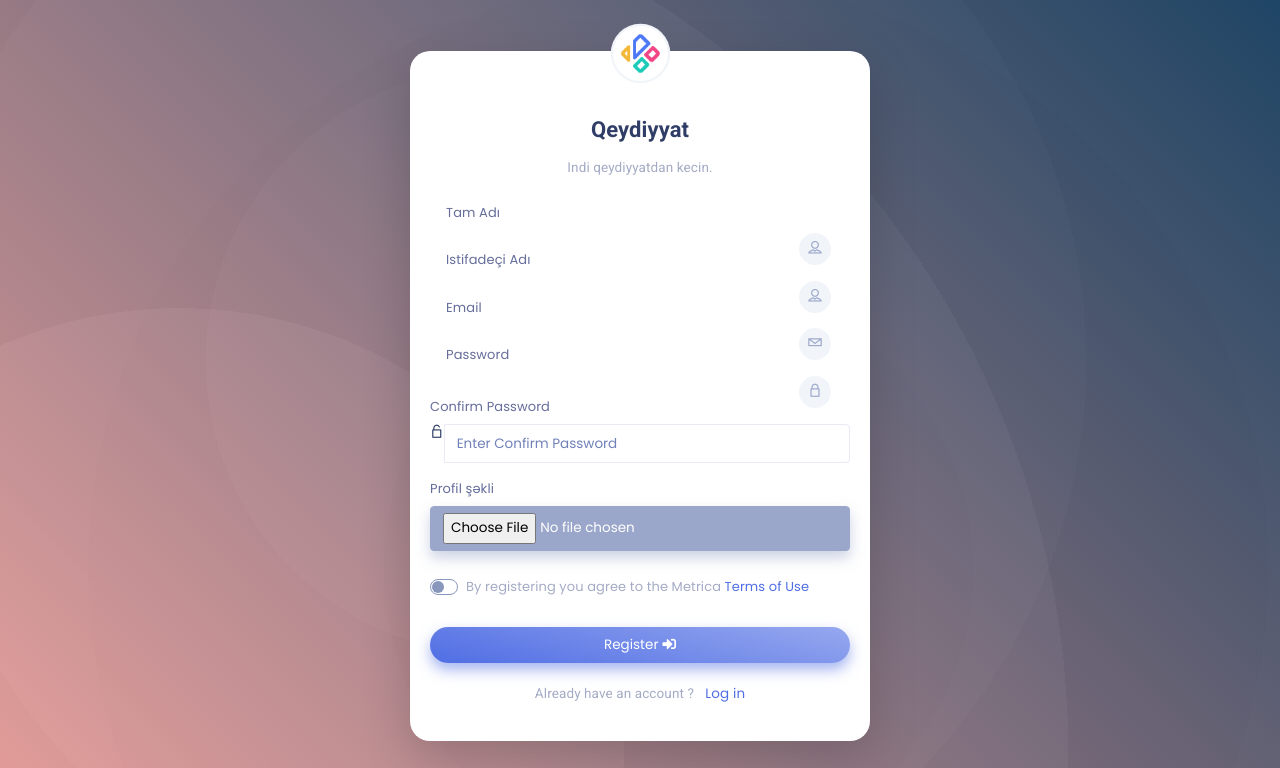
Repository: elvinyeka/Smart-Mobile
Page: Smart/templates/admin/register.html
These files come from the project's save history. The page is drawn as it stood at one moment and after the next save; the edit follows.
The browser window is 1280 px wide. The pictures show the whole page.
The page is served by the project's application, run on Flask 3 (Smart/__init__.py). The template is opened directly, without the code that normally fills it, so the values that code supplies are empty.

Above is the page before, as saved 2020-11-20 20:42:30.
Console error: ReferenceError: ApexCharts is not defined

After the next save:
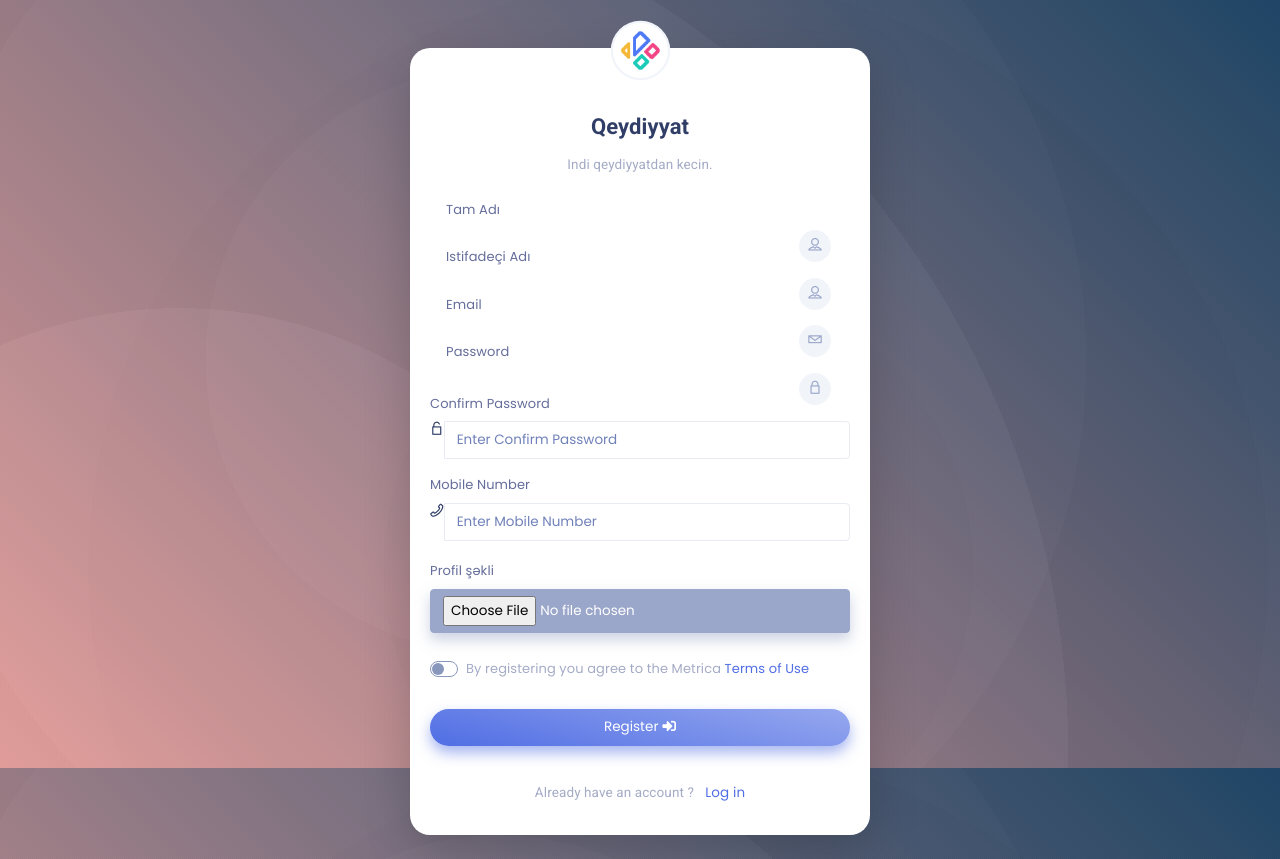
Saved 56 s later.
--- a/Smart/templates/admin/register.html
+++ b/Smart/templates/admin/register.html
@@ -130,6 +130,17 @@
                                             </div>
 
                                             <div class="form-group">
+                                                <label for="mo_number">Mobile Number</label>
+                                                <div class="input-group mb-3">
+                                                    <span class="auth-form-icon">
+                                                        <i class="dripicons-phone"></i>
+                                                    </span>
+                                                    <input type="text" class="form-control" name="mobile-number" id="mo_number" placeholder="Enter Mobile Number">
+                                                </div>
+                                            </div><!--end form-group-->
+                                        </div><!--end form-group-->
+
+                                            <div class="form-group">
                                                 <label for="exampleFormControlFile1">Profil şəkli</label>
                                                 <input type="file" name="photo" class="form-control-file btn btn-info" id="exampleFormControlFile1">
                                             </div>
